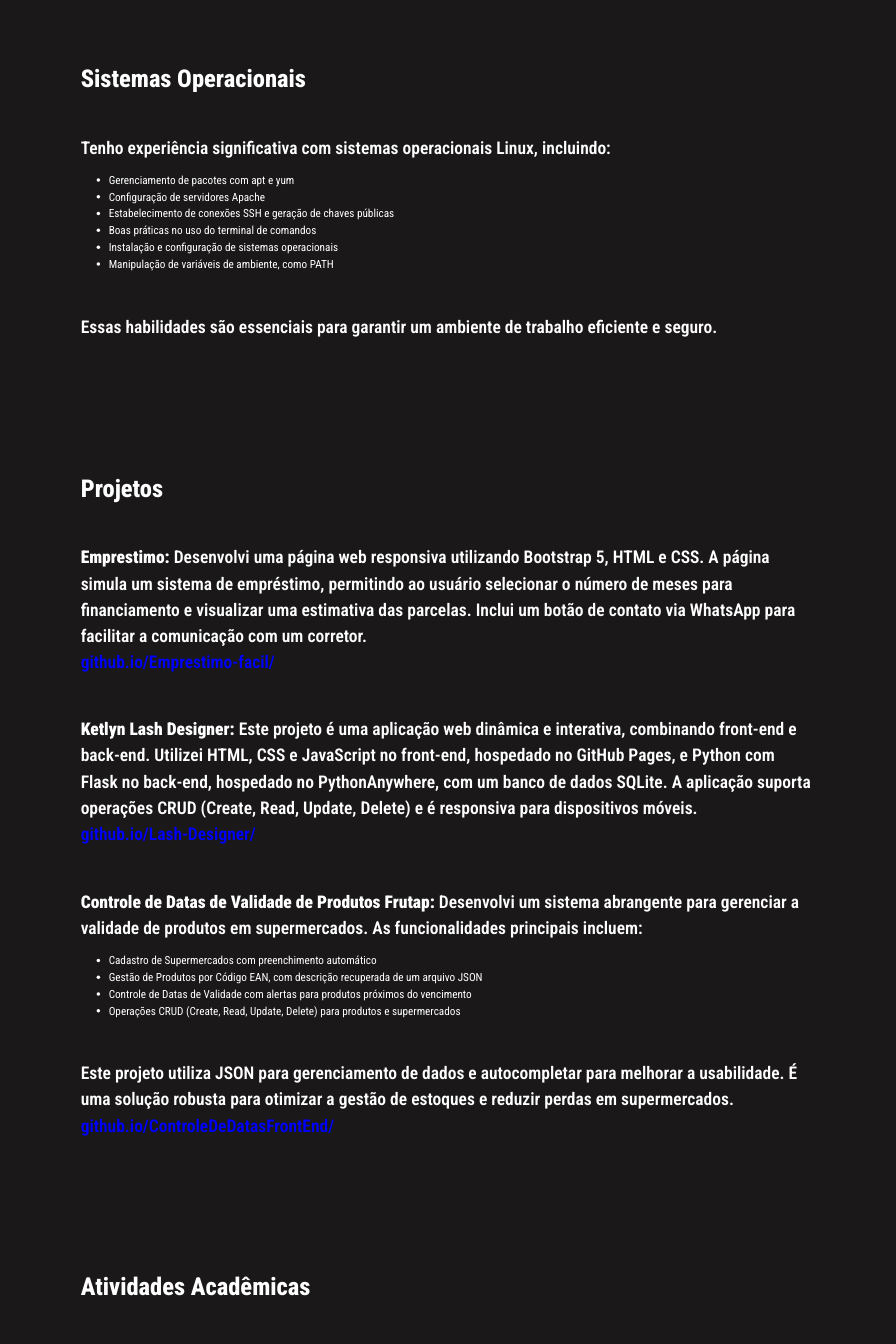
Repository: alfredo-allan/Portfolio
Page: index.html
The author's editor kept a copy of each file at every save. The page is drawn from the files as they stood at one save, then again after a run of saves.
The browser window is 1280 px wide. The pictures show the part of the page from y = 1992 to 3912 px (the page is 4519 px tall before and 4555 px after), at 70% of full size.

Above is the page before, as saved 2024-05-30 20:36:30.

After the next 2 saves:
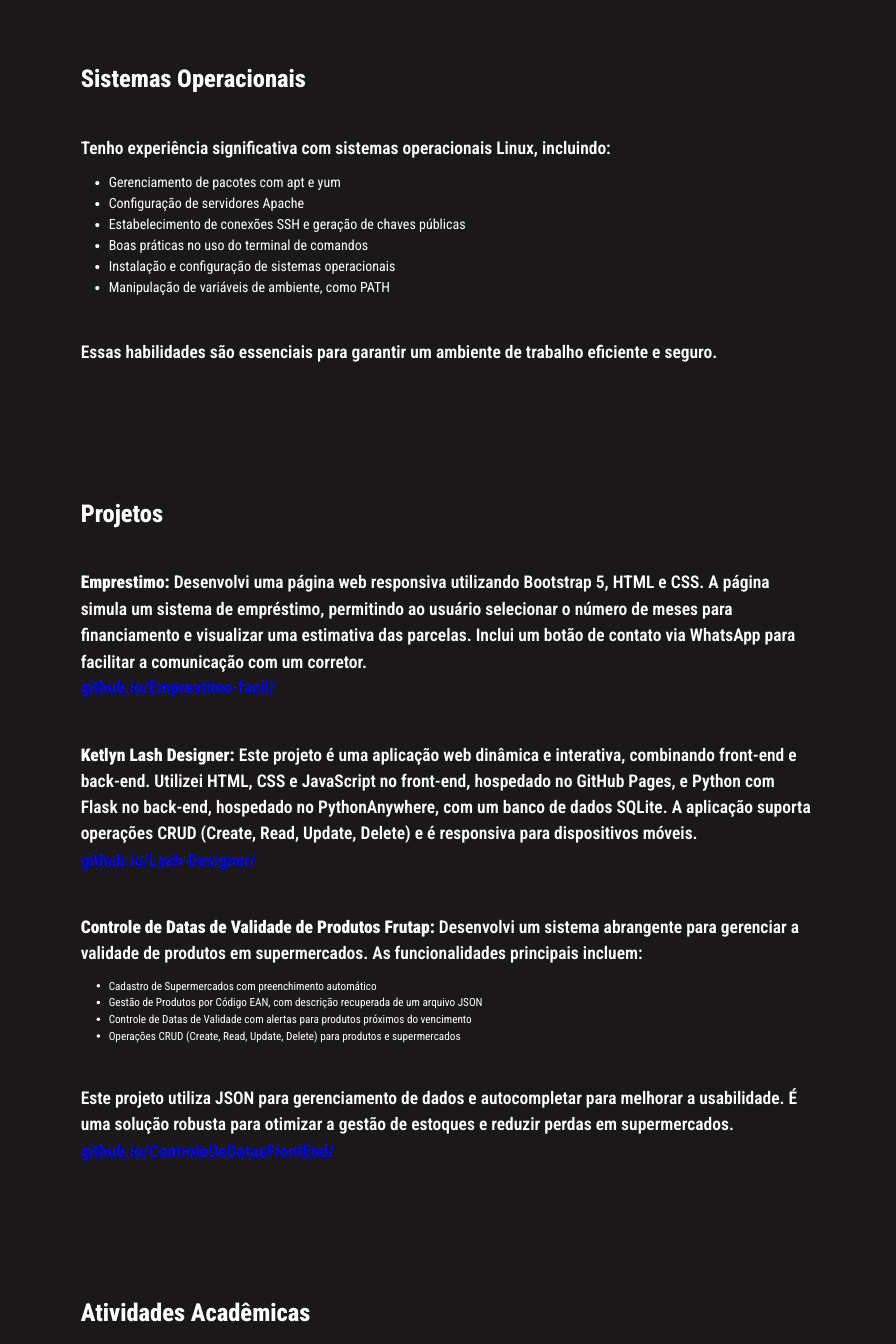
The 2 saves are shown as one change because they came seconds apart.
The last was saved 7 s later.
--- a/src/assets/styles/home.css
+++ b/src/assets/styles/home.css
@@ -165,6 +165,9 @@
     width: 90%; /* Define a largura desejada */
     font-weight: 600;
   }
+  li {
+    font-size: 20px;
+  }
 }
 
 @media only screen and (min-width: 310px) and (max-width: 450px) {
